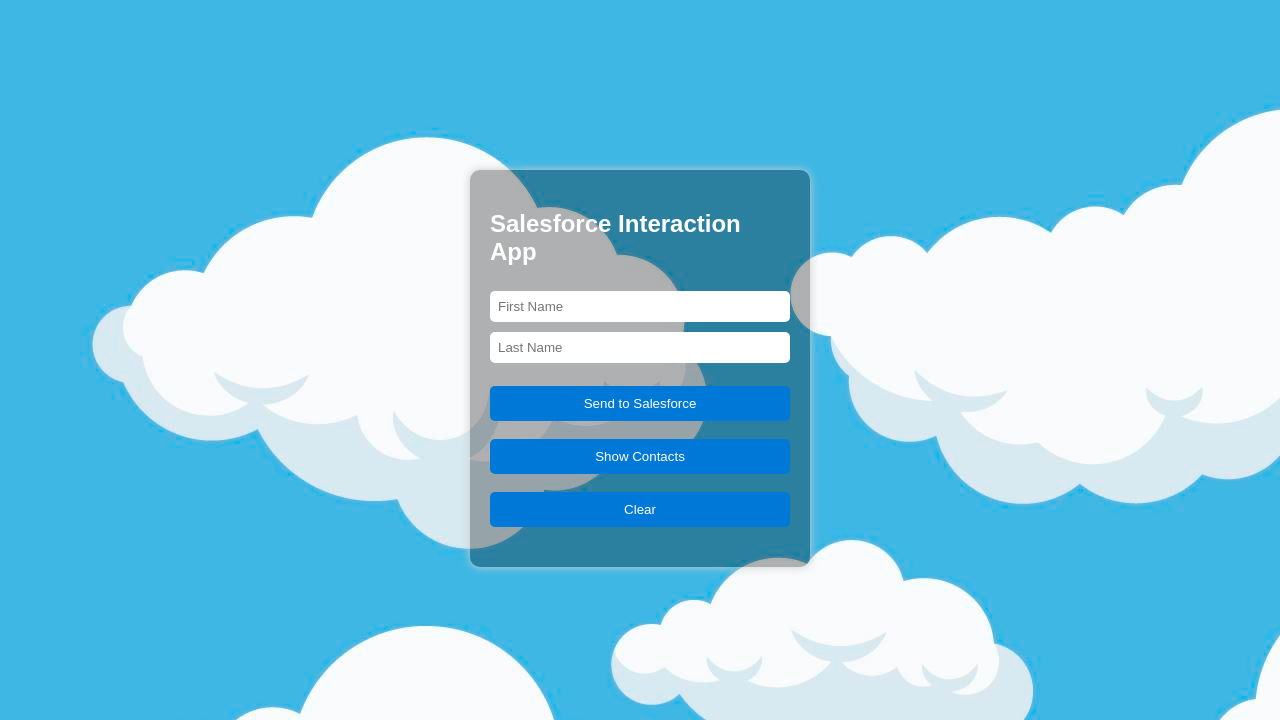
Repository: PamodaW/SalesforceSync
Page: Client/index.html
The author's editor kept a copy of each file at every save. The page is drawn from the files as they stood at one save, then again after the next save.
The browser window is 1280 px wide. The pictures show the whole page.

Above is the page before, as saved 2024-11-20 15:46:10.

### Client/index.html
<!DOCTYPE html>
<html lang="en">
<head>
    <meta charset="UTF-8">
    <meta name="viewport" content="width=device-width, initial-scale=1.0">
    <link rel="stylesheet" href="style.css">
    <title>Salesforce Web App</title>
</head>
<body>
    <div class="Clouds"></div>
    <div class="Clouds"></div>
    <div class="Clouds"></div>
    <div class="container">
        <h2>Salesforce Interaction App</h2>
        <form id="salesforceForm">
            <input type="text" id="firstName" placeholder="First Name" required>
            <input type="text" id="lastName" placeholder="Last Name" required>
            <br/><br>
            <button type="button" onclick="createRecord()">Send to Salesforce</button>
        </form>
        <br/>
        <button onclick="fetchRecords()">Show Contacts</button>
        <br/><br>
        <button onclick="ClearArea()">Clear</button>
        <div id="output"></div>
    </div>
    <script src="script.js"></script>
</body>
</html>

### Client/style.css
body {
    font-family: Arial, sans-serif;
    background-image: url(/Images/Clouds.png);
}

.container {
    width: 300px;
    margin: 50px auto;
    padding: 20px;
    background: white;
    border-radius: 10px;
    box-shadow: 0 0 10px #ccc;
    background-color: rgba(0, 0, 0, 0.3); /* 30% transparent black background */
    color: #ffffff; /* Text color remains opaque */
    margin-top: 4.5cm;
}

input {
    width: 100%;
    padding: 8px;
    margin: 5px 0;
    box-sizing: border-box;
    border: none;
    border-radius: 5px;
}

button {
    width: 100%;
    padding: 10px;
    background: #0078d7;
    color: white;
    border: none;
    border-radius: 5px;
    cursor: pointer;
}

button:hover {
    background: #0056a6;
}

#output {
    margin-top: 20px;
}

### Client/script.js
const consumerKey = "3MVG9DREgiBqN9Wn1tmI.eQb32fXpKrWsCOiPp9anMP.XOEs3Rv7Ic_w7Q17wlZtloetkekoWTk5wvuYA8eFB";
const consumerSecret = "A0E8A1E3413392B2C6332CBA430EEA0D6A9BF24CEB56DDAEEF33126583276774";
const username = "pamodaw@gmail.com";
const password = "Pamzi2020yBm8RGuqKhuSUMUayOxBCQAk";

let accessToken = "";

async function authenticate() {
    try {
        const response = await fetch('http://localhost:3000/authenticate', {
            method: 'POST',
            headers: {
                'Content-Type': 'application/json',
            },
        });

        const data = await response.json();
        if (data.access_token) {
            accessToken = data.access_token;
            instanceUrl = data.instance_url;
            console.log('Authenticated successfully');
        } else {
            console.error('Authentication failed', data);
            alert("Authentication failed: " + JSON.stringify(data));
        }
    } catch (error) {
        console.error('Error during authentication', error);
    }
}


// Step 2: Create a Record in Salesforce
// Assuming the accessToken and instanceUrl are set after authentication

async function createRecord() {
    if (!accessToken || !instanceUrl) {
        await authenticate();
    }

    if (accessToken && instanceUrl) {
        const firstName = document.getElementById("firstName").value;
        const lastName = document.getElementById("lastName").value;

        const newContact = {
            FirstName: firstName,
            LastName: lastName,
        };

        try {
            const response = await fetch('http://localhost:3000/createContact', {  // Matches the server port
                method: 'POST',
                headers: {
                    'Content-Type': 'application/json',
                },
                body: JSON.stringify({
                    accessToken: accessToken,
                    instanceUrl: instanceUrl,
                    contactData: newContact,
                }),
            });

            const data = await response.json();

            if (data.id) {
                console.log('Contact created successfully', data);
                alert(`Contact created successfully: ${data.id}`);
            } else {
                console.error('Failed to create contact', data);
                alert("Failed to create contact: " + JSON.stringify(data));
            }
        } catch (error) {
            console.error('Error during contact creation', error);
        }
    } else {
        console.error('Authentication failed. Cannot create record.');
    }
}



// Step 3: Fetch Records from Salesforce
async function fetchRecords() {
    if (!accessToken || !instanceUrl) {
        await authenticate();
    }

    if (accessToken && instanceUrl) {
        try {
            const response = await fetch('http://localhost:3000/getContacts', {
                method: 'POST',
                headers: {
                    'Content-Type': 'application/json',
                },
                body: JSON.stringify({
                    accessToken: accessToken,
                    instanceUrl: instanceUrl,
                }),
            });

            const contacts = await response.json();

            if (Array.isArray(contacts)) {
                console.log('Contacts fetched successfully:', contacts);
                let output = "<h3>Fetched Contacts:</h3>";
                contacts.forEach(contact => {
                    output += `<p>${contact.FirstName} ${contact.LastName}</p>`;
                });
                document.getElementById('output').innerHTML = output;
            } else {
                console.error('Failed to fetch contacts', contacts);
                alert("Failed to fetch contacts: " + JSON.stringify(contacts));
            }
        } catch (error) {
            console.error('Error during contact fetch', error);
        }
    } else {
        console.error('Authentication failed. Cannot fetch contacts.');
    }
}

//clear the Area
async function ClearArea(){
    document.getElementById('output')
            .innerHTML = "";
}

After the next save:
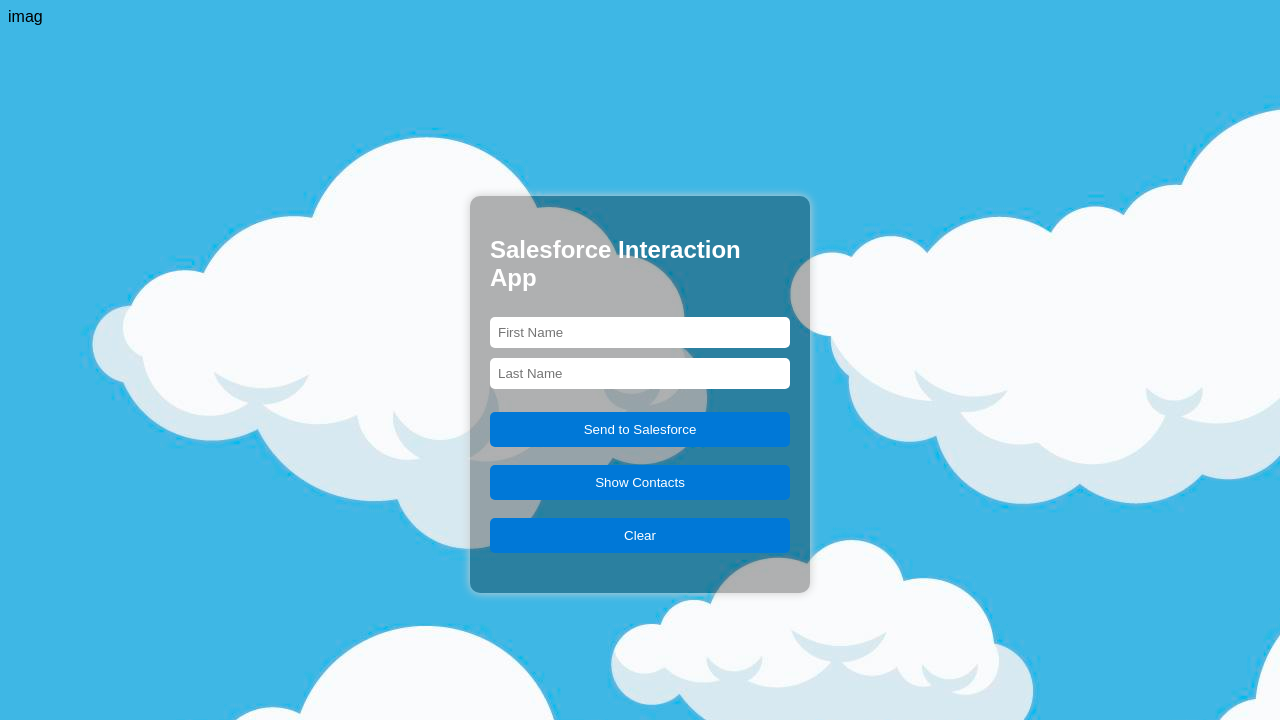
Saved 81 s later.
--- a/Client/index.html
+++ b/Client/index.html
@@ -6,7 +6,7 @@
     <link rel="stylesheet" href="style.css">
     <title>Salesforce Web App</title>
 </head>
-<body>
+<body> imag
     <div class="Clouds"></div>
     <div class="Clouds"></div>
     <div class="Clouds"></div>
